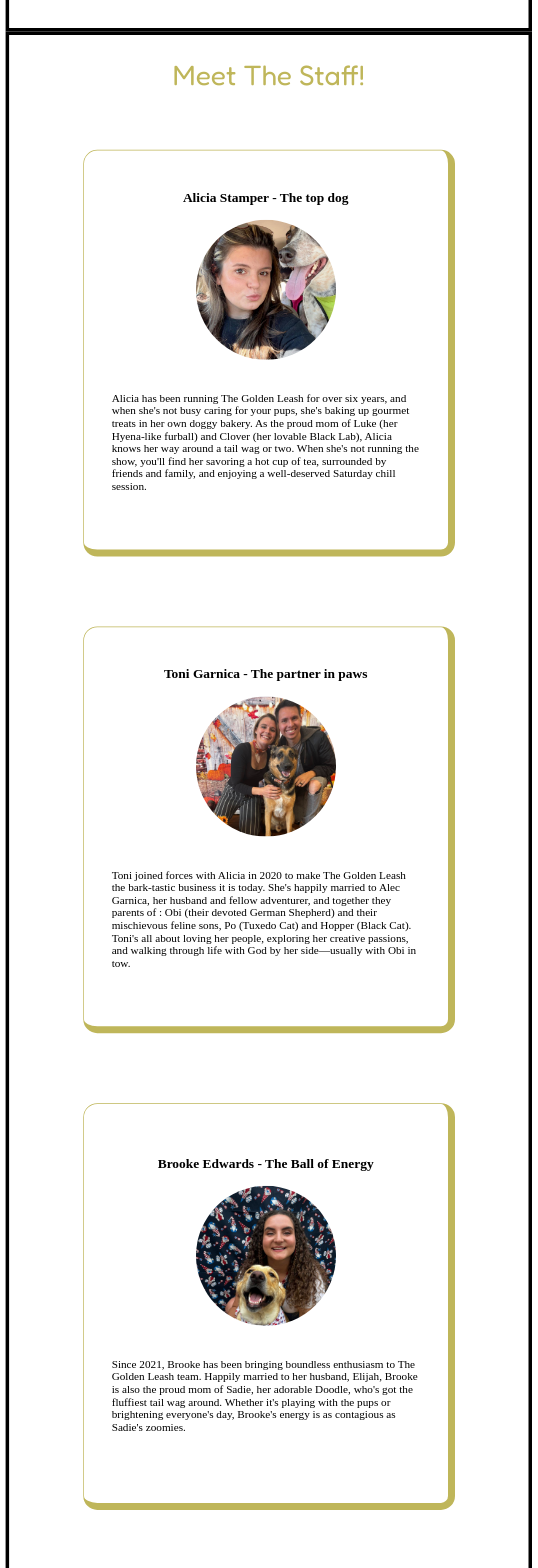
Repository: Aworminator/Thegoldenleash
Page: index.html
An editor plug-in stored every save of this project. The page is shown before and after the next save, followed by the edit.
The browser window is 768 px wide. The pictures show the part of the page from y = 2590 to 4830 px (the page is 6782 px tall), at 70% of full size.

Above is the page before, as saved 2025-06-30 19:09:56.

### index.html
<!DOCTYPE html>
<html lang="en">
  <head>
    <meta charset="UTF-8" />
    <meta name="viewport" content="width=device-width, initial-scale=1.0" />
    <title>The Golden Leash</title>
    <link
      rel="stylesheet"
      href="https://cdnjs.cloudflare.com/ajax/libs/font-awesome/6.5.0/css/all.min.css"
      integrity="sha512-..."
      crossorigin="anonymous"
      referrerpolicy="no-referrer"
    />
    <link rel="stylesheet" href="style.css" />
    <link rel="preconnect" href="https://fonts.googleapis.com" />
    <link rel="preconnect" href="https://fonts.gstatic.com" crossorigin />
    <link
      href="https://fonts.googleapis.com/css2?family=Fredoka:wght@300..700&display=swap"
      rel="stylesheet"
    />

    <!-- Everything is great. Look up ideas on how to make everything else translate
    with media query. The logo is fixed, however, other things get messed up after
    the resolution hits a certain point. Figure out how to fix that next. -->
  </head>
  <body>
    <section class="home-page">
      <div class="image-container">
        <div>
          <img src="./Images/GoldenLeashLogo No Nose.png" class="logo" />
        </div>

        <ul class="list">
          <li class="story">Our Story</li>
          <li>Services</li>
          <li>Contact Us</li>
        </ul>
      </div>
    </section>

    <section class="our-story">
      <h1>Our Story</h1>
      <p class="story-info">
        Lorem ipsum odor amet, consectetuer adipiscing elit. Aenean quis
        bibendum condimentum mauris primis integer sollicitudin porttitor.
        Blandit condimentum aptent condimentum orci rhoncus pellentesque euismod
        a. Varius imperdiet fermentum aptent mollis sem eu. Mattis ante pharetra
        quisque nam odio nascetur per. Vitae pellentesque massa facilisi
        maecenas ligula felis. Tristique pulvinar iaculis inceptos lectus elit
        fusce. <br /><br />
        Nisl erat purus sem imperdiet varius erat taciti cursus. Leo ante lectus
        potenti lacus viverra senectus commodo fringilla. Imperdiet est
        parturient ornare imperdiet tempor vulputate. Parturient porttitor
        quisque platea turpis vel porta. Torquent feugiat curabitur posuere
        hendrerit ipsum eros vel erat. Aenean netus proin arcu taciti nec
        efficitur ullamcorper.
      </p>
    </section>

    <section class="services">
      <h1>Services</h1>
      <div class="icon-container">
        <i class="fa-solid fa-house" id="icon"></i>
        <i class="fa-solid fa-dog" id="icon"></i>
        <i class="fa-solid fa-paw" id="icon"></i>
        <i class="fa-solid fa-bath" id="icon"></i>
      </div>
      <h1>Click for Info</h1>
      <p class="service-info">
        At The Golden Leash, we bring personalized care directly to you! Our
        team will stop by to check on your dog and take them for a walk tailored
        to their needs. Each walk typically lasts around 45 minutes, giving your
        pup plenty of exercise and attention. <br /><br />
        Your dog's safety and well-being are our top priorities. That’s why we
        monitor the weather closely, ensuring your furry friend isn’t exposed to
        unsafe conditions. We avoid walks in temperatures below 28°F, and during
        extreme heat, we’ll adjust walk times to protect your dog’s paws from
        hot sidewalks. Because your dog deserves the very best care—rain, shine,
        or snow!
      </p>
    </section>

    <section class="staff">
      <h1>Meet The Staff!</h1>
      <div id="staff-cards"></div>
    </section>

    <section class="contact">
      <h1>Contact Us</h1>
      <form class="contact-form">
        <div class="form-group">
          <label for="name">Name</label>
          <input type="text" id="name" name="name" required />
        </div>
        <div class="form-group">
          <label for="email">Email</label>
          <input type="email" id="email" name="email" required />
        </div>
        <div class="form-group">
          <label for="message">Message</label>
          <textarea id="message" name="message" rows="5" required></textarea>
        </div>
        <button type="submit" class="contact-btn">Send Message</button>
      </form>
    </section>
    <script src="script.js"></script>
  </body>
</html>

### style.css
h1 {
  font-family: "Fredoka", serif;
  font-optical-sizing: auto;
  font-weight: 400; /* Replace <weight> with a valid value */
  font-style: normal;
  color: #bfb65a;
  font-variation-settings: "wdth" 100;
  text-align: center;
  font-size: 4em;
}

h2 {
  text-align: center;
}

.image-container {
  display: flex;
  flex-direction: row;
  justify-content: space-around;
}

.home-page {
  border: black solid 5px;
  min-height: 50vh;
}

.services,
.staff,
.contact,
.our-story {
  border: black solid 5px;
  min-height: 600px;
}

.logo {
  width: 100%;
  max-width: 600px; /* or whatever the largest size you want */
  height: auto;
  display: block;
}

.list {
  font-size: 3em;
  padding: 50px;
}

li {
  font-family: "Fredoka", serif;
  font-optical-sizing: auto;
  font-weight: 400; /* Replace <weight> with a valid value */
  font-style: normal;
  color: #bfb65a;
  font-variation-settings: "wdth" 100;
  font-size: 1.3em;
  margin-bottom: 80px;
  text-shadow: 3px 3px 0px rgba(191, 183, 90, 0.336),
    0 0 16px rgba(191, 182, 90, 0.25);
}

.icon-container {
  display: flex;
  justify-content: center;
}

#icon {
  background-color: #bfb65a;
  height: 100px;
  width: 100px;
  border-radius: 50%;
  display: flex;
  justify-content: center;
  align-items: center;
  font-size: 2em;
  margin: 30px;
}

#icon:hover {
  transform: scale(1.1);
  transition: transform 0.2s;
}

#icon:active {
  transform: scale(0.9);
  transition: transform 0.2s;
}

.service-info,
.story-info {
  text-align: center;
  font-size: 1.5rem;
  margin: 100px;
}

.service-info {
  display: none;
  background-color: rgb(182, 182, 182);
  border-radius: 10px;
  padding: 5px;
  animation: slide-fwd-tr 1.3s cubic-bezier(0.25, 0.46, 0.45, 0.94) both;
}

.card {
  height: 500px;
  width: 500px;
  border: none;
  border-bottom: 10px solid #bfb65a;
  border-right: 10px solid #bfb65a;
  border-top: 1px solid #bfb65a;
  border-left: 1px solid #bfb65a;
  border-radius: 20px;
  display: flex;
  flex-direction: column;
  justify-content: center;
  align-items: center;
  margin: 50px;
  padding: 10px;
}

.profile-pic {
  height: 200px;
  border-radius: 50%;
  object-fit: cover;
  object-position: top;
  width: 200px;
}

.profile-pic:hover {
  transform: scale(1.15);
  transition: transform 0.2s;
}

#staff-cards {
  display: flex;
  flex-direction: row;
  flex-wrap: wrap;
  align-items: center;
  justify-content: space-around;
}

.staff-info {
  padding: 30px;
  font-size: 1.1em;
}

@keyframes slide-fwd-tr {
  0% {
    opacity: 0%;
    transform: translateZ(180px) translateY(120px) translateX(-120px);
  }
  100% {
    opacity: 100%;
    transform: translateZ(0px) translateY(0px) translateX(0px);
  }
}

@media (max-width: 900px) {
  .image-container {
    flex-direction: column;
    align-items: center;
  }

  .info {
    font-size: 1.2em;
  }

  .staff-info {
    font-size: 1em;
  }

  .card {
    height: 550px;
  }

  h1 {
    font-size: 2.5em;
  }

  h2 {
    font-size: 1.2em;
    padding: 5px;
  }
}

@media (max-width: 600px) {
  .contact-form {
    padding: 18px 8px 14px 8px;
    max-width: 95vw;
  }
}

/* Contact Form Styles */
.contact-form {
  max-width: 500px;
  margin: 40px auto 0 auto;
  border-radius: 16px;
  box-shadow: 0 4px 24px rgba(191, 182, 90, 0.15);
  padding: 32px 28px 24px 28px;
  display: flex;
  flex-direction: column;
  gap: 18px;
}
.form-group {
  display: flex;
  flex-direction: column;
  gap: 6px;
}
.contact-form label {
  font-size: 1.1em;
  color: black;
  font-weight: 600;
  margin-bottom: 2px;
}
.contact-form input,
.contact-form textarea {
  padding: 10px 12px;
  border: 1.5px solid black;
  border-radius: 8px;
  font-size: 1em;
  font-family: inherit;
  transition: border 0.2s;
}
.contact-form input:focus,
.contact-form textarea:focus {
  outline: none;
  border: 2px solid black;
}
.contact-btn {
  background: #bfb65a;
  color: #fff;
  border: none;
  border-radius: 8px;
  padding: 12px 0;
  font-size: 1.1em;
  font-weight: 700;
  cursor: pointer;
  margin-top: 10px;
  box-shadow: 0 2px 8px rgba(191, 182, 90, 0.12);
  transition: background 0.2s, transform 0.2s;
}
.contact-btn:hover {
  background: #a49e4a;
  transform: translateY(-2px) scale(1.03);
}

### script.js
const staffMembers = [
  {
    name: "Alicia Stamper",
    title: "The top dog",
    image: "./Images/Staff Pictures/Alicia TGL Picture.jpg",
    info: "Alicia has been running The Golden Leash for over six years, and when she's not busy caring for your pups, she's baking up gourmet treats in her own doggy bakery. As the proud mom of Luke (her Hyena-like furball) and Clover (her lovable Black Lab), Alicia knows her way around a tail wag or two. When she's not running the show, you'll find her savoring a hot cup of tea, surrounded by friends and family, and enjoying a well-deserved Saturday chill session.",
  },
  {
    name: "Toni Garnica",
    title: "The partner in paws",
    image: "./Images/Staff Pictures/Toni TGL Picture.jpg",
    info: "Toni joined forces with Alicia in 2020 to make The Golden Leash the bark-tastic business it is today. She's happily married to Alec Garnica, her husband and fellow adventurer, and together they parents of : Obi (their devoted German Shepherd) and their mischievous feline sons, Po (Tuxedo Cat) and Hopper (Black Cat). Toni's all about loving her people, exploring her creative passions, and walking through life with God by her side—usually with Obi in tow.",
  },
  {
    name: "Brooke Edwards",
    title: "The Ball of Energy",
    image: "./Images/Staff Pictures/Brooke TGL Picture.jpg",
    info: "Since 2021, Brooke has been bringing boundless enthusiasm to The Golden Leash team. Happily married to her husband, Elijah, Brooke is also the proud mom of Sadie, her adorable Doodle, who's got the fluffiest tail wag around. Whether it's playing with the pups or brightening everyone's day, Brooke's energy is as contagious as Sadie's zoomies.",
  },
  {
    name: "Carolyn Lesko",
    title: "The Wildcard",
    image: "./Images/Staff Pictures/Carolyn TGL Picture.jpg",
    info: "Carolyn is the undisputed wildcard of The Golden Leash crew. Whether she's quoting tik tok meme's, playing a mean game of Gang Beasts on her days off, or keeping things exciting, Carolyn keeps us all on our toes. She's the proud mom of her dog (to be named and praised at a later date). Fun fact: Carolyn is allergic to grass and being on time.",
  },
  {
    name: "Lisa",
    title: "The Backbone of the pack",
    image: "./Images/Staff Pictures/Lisa and rip Van Winkle.png",
    info: "Lisa is the kind of hard worker who makes everything run like clockwork at The Golden Leash. With her unmatched dedication and a can-do attitude, she's the go-to person for getting things done. Whether it's caring for pups, organizing schedules, or simply being awesome, Lisa brings a level of expertise and warmth that every team dreams of having. We're lucky to have her!",
  },
];

const house = document.querySelector(".fa-house");
const serviceInfo = document.querySelector(".service-info");
const service = document.querySelector(".services");
const staffCards = document.querySelector("#staff-cards");

house.addEventListener("click", () => {
  serviceInfo.style.display = "block";
  serviceInfo.scrollIntoView({ behavior: "smooth" });
});

staffMembers.forEach((person) => {
  const newCard = document.createElement("div");
  newCard.classList.add("card");
  newCard.innerHTML = `<h2>${person.name} - ${person.title}</h2>
          <img
            src="${person.image}"
            alt="${person.name} Profile-Pic"
            class="profile-pic"
          />
          <p class="staff-info">
            ${person.info}
          </p>`;
  staffCards.appendChild(newCard);
});

After the next save:
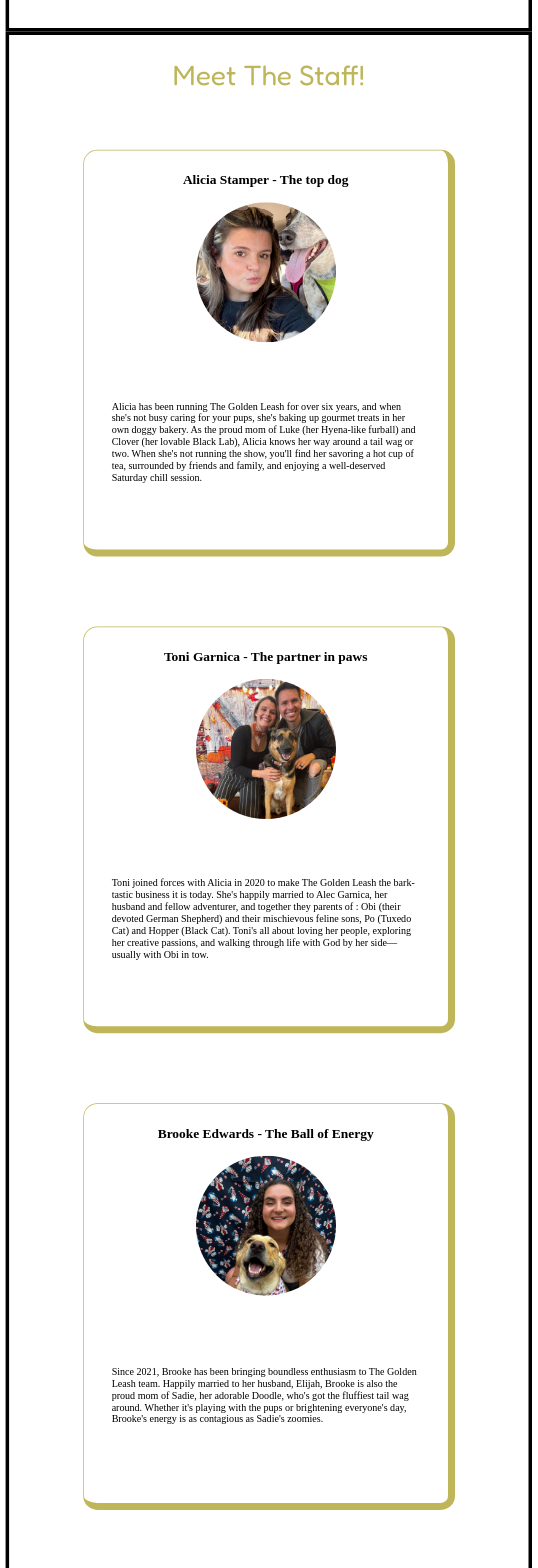
Saved 30 s later.
--- a/style.css
+++ b/style.css
@@ -164,7 +164,8 @@ li {
   }
 
   .staff-info {
-    font-size: 1em;
+    font-size: 0.9em;
+    margin: auto;
   }
 
   .card {
